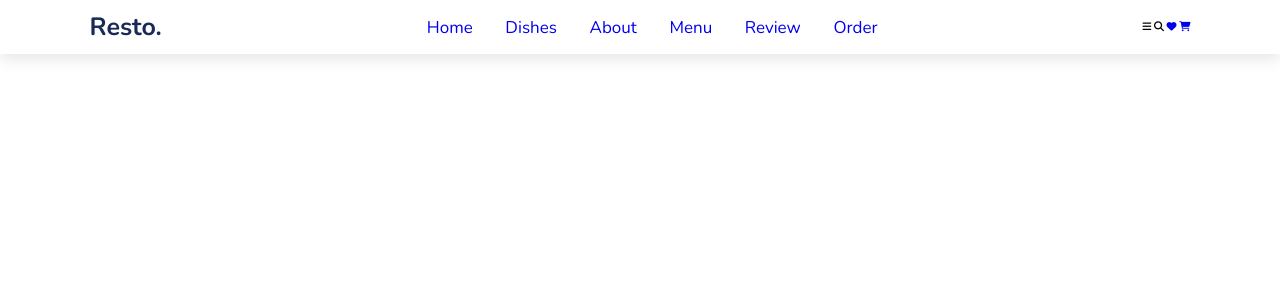
Repository: CarsonDev1/FoodWeb
Page: index.html
These files come from the project's save history. The page is drawn as it stood at one moment and after the next save; the edit follows.
The browser window is 1280 px wide. The pictures show the whole page.
Some web libraries are served in a nearby version.

Above is the page before, as saved 2022-05-18 17:51:18.

After the next save:
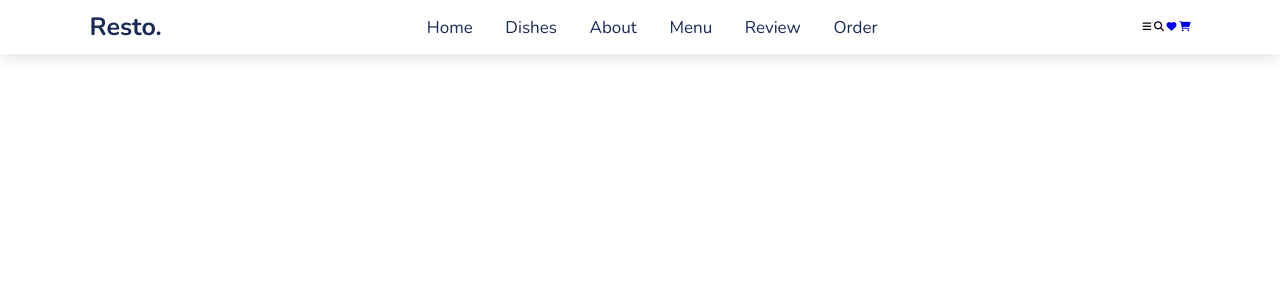
Saved 6 s later.
--- a/css/style.css
+++ b/css/style.css
@@ -46,4 +46,5 @@ header .navbar a {
   font-size: 1.7rem;
   border-radius: 0.5rem;
   padding: 0.5rem 1.5rem;
+  color: var(--black);
 }
